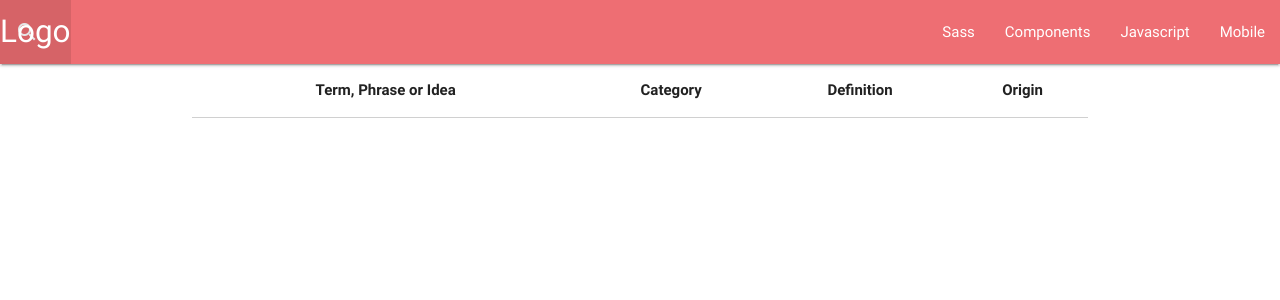
Repository: kalkiboru111/irish-dictionary-of-received-ideas
Page: http://localhost/
The author's editor kept a record of every edit. The page is drawn from the files as they stood at one moment, then again after the next edit.
The browser window is 1280 px wide. The pictures show the whole page.
Some web libraries are served in a nearby version. The page is served by the project's application, run on Flask 3 (app.py). Queries for data that is not in the repository find no rows.

Above is the page before.
Console error: TypeError: $(...).formSelect is not a function

After the next edit:
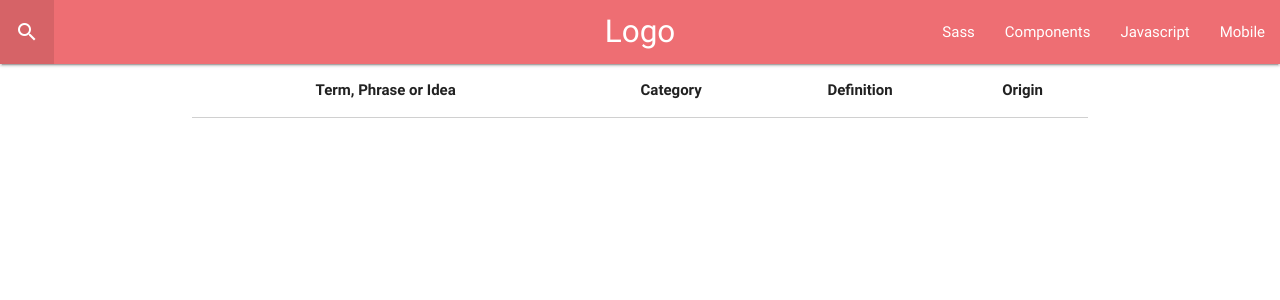
The edit:
--- a/templates/base.html
+++ b/templates/base.html
@@ -12,8 +12,8 @@
     <header>
         <nav>
             <div class="nav-wrapper">
-                <ul class="left">
-                    <li><a href="{{url_for('get_terms')}}" class="brand-logo">Logo</a></li>
+                <ul>
+                    <li><a href="{{url_for('get_terms')}}" class="brand-logo center">Logo</a></li>
                     <li><a href="sass.html"><i class="material-icons">search</i></a></li>
                 </ul>
                 <ul class="right">
